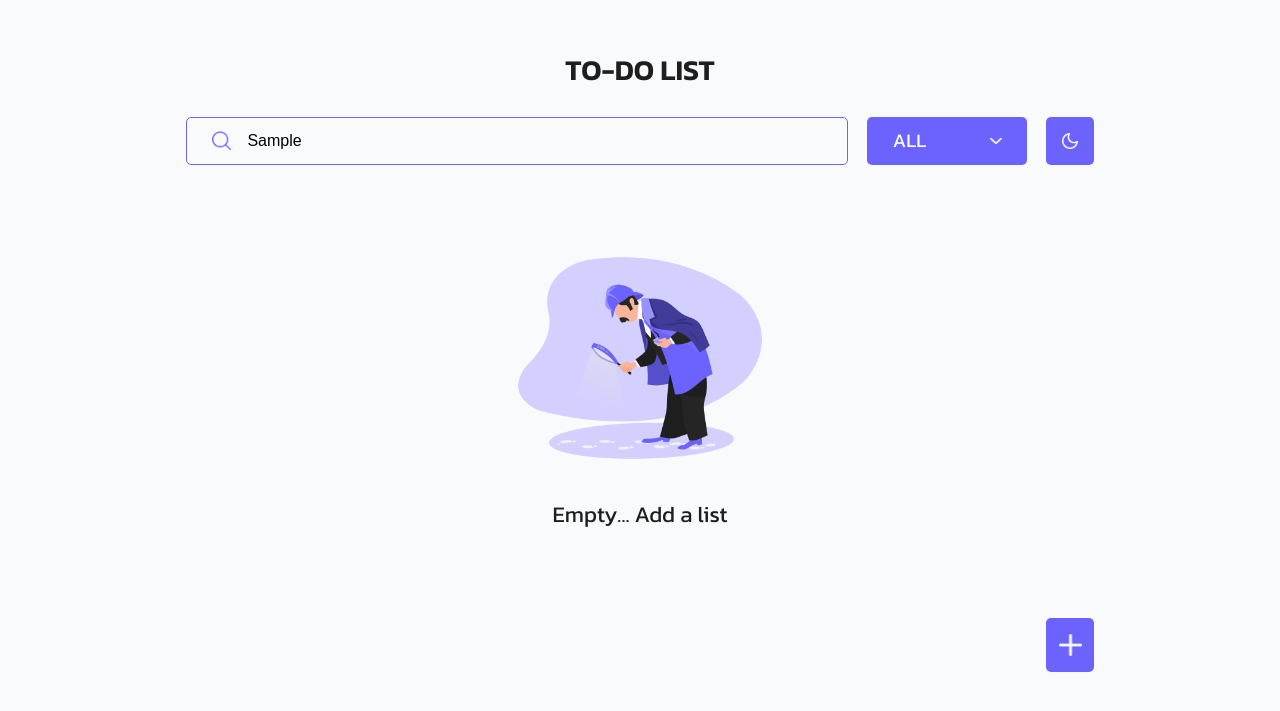
Repository: Marykeje/To-do-list
Page: index.html
An editor plug-in stored every save of this project. The page is shown before and after a run of saves, followed by the edit.
The browser window is 1280 px wide. The pictures show the whole page.
Empty fields were first filled with sample values (such as "Sample", 5 or name@example.com).
After loading, the first visible `#add-btn` was clicked once.
The style sheet was rebuilt from its Sass, Less or Tailwind sources for each picture, by a compiler version that may differ from the author's.

Above is the page before, as saved 2025-12-03 15:03:07.
Console error (its wording comes from the project's code and is left out).

After the next 2 saves:
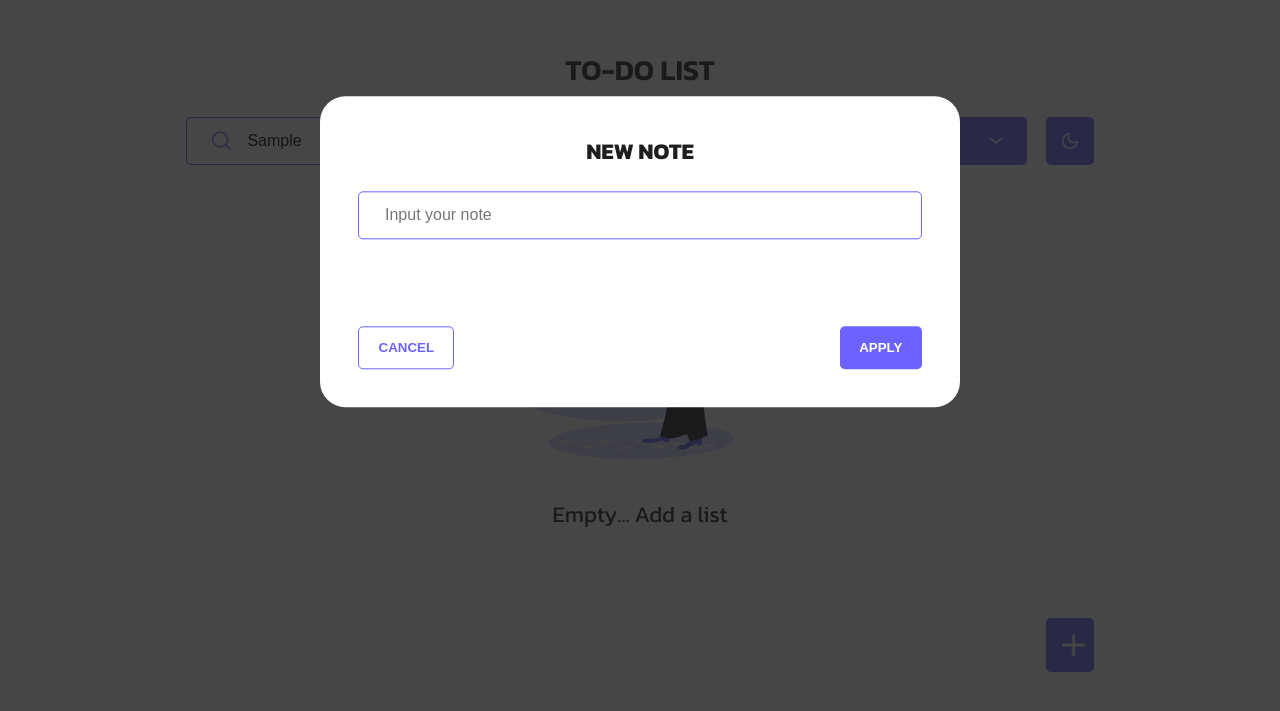
The error is gone.
The 2 saves are shown as one change because they came seconds apart.
The last was saved 7 s later.
--- a/js/script.js
+++ b/js/script.js
@@ -22,7 +22,7 @@ function openModal() {
   const clickOpen = document.getElementById("add-btn");
   const modal = document.getElementById("modal");
   const overlay = document.getElementById("closeOverlay");
-  const showDrop = document.getElementById()
+  const showDrop = document.getElementById("show-drop");
 
   // const closeModal = document.getElementById("cancelModal");
 
